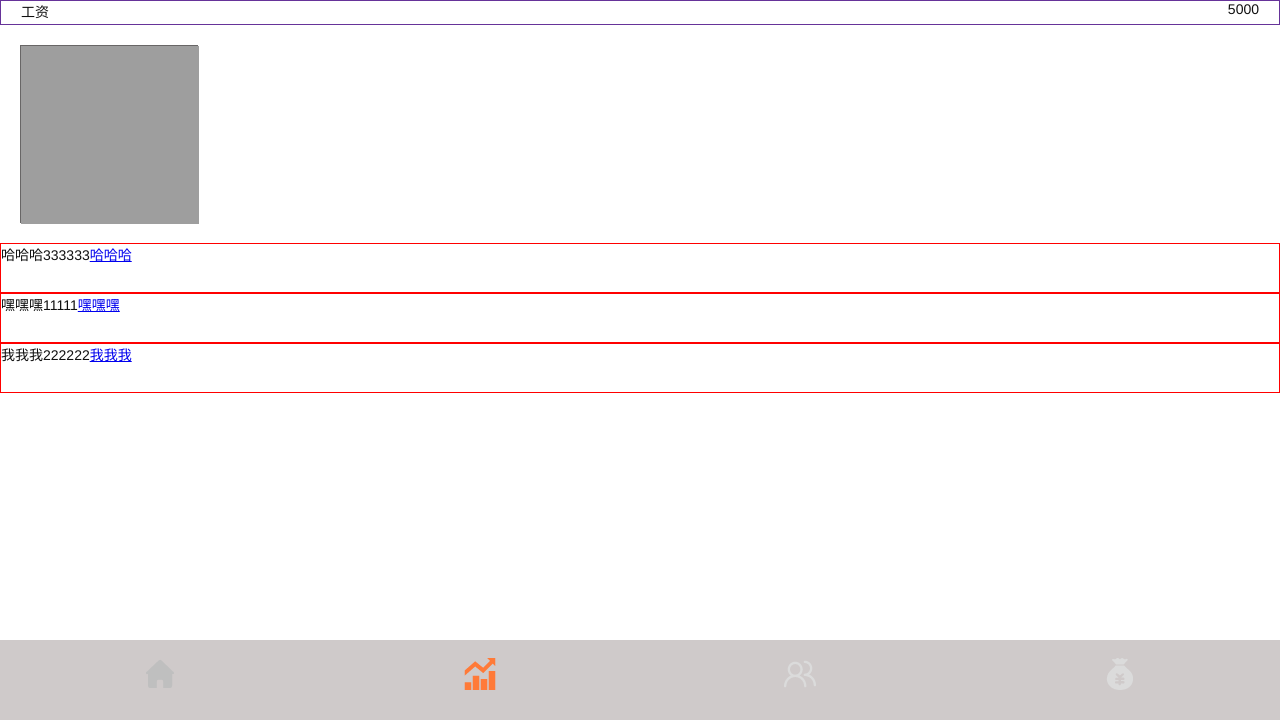
Repository: panlin520-team/lnmj-staffH5
Page: /#/salary
These files come from the project's save history. The page is drawn as it stood at one moment and after the next save; the edit follows.
The browser window is 1280 px wide. The pictures show the whole page.
Pictures or frames that could not be fetched are drawn as grey boxes. The project was rebuilt for these pictures with package versions that can differ from the ones it lists, and the page was loaded fresh each time. Also part of the build but not shown: src/views/Lojin.vue.

Above is the page before, as saved 2020-04-09 16:22:00.

After the next save:
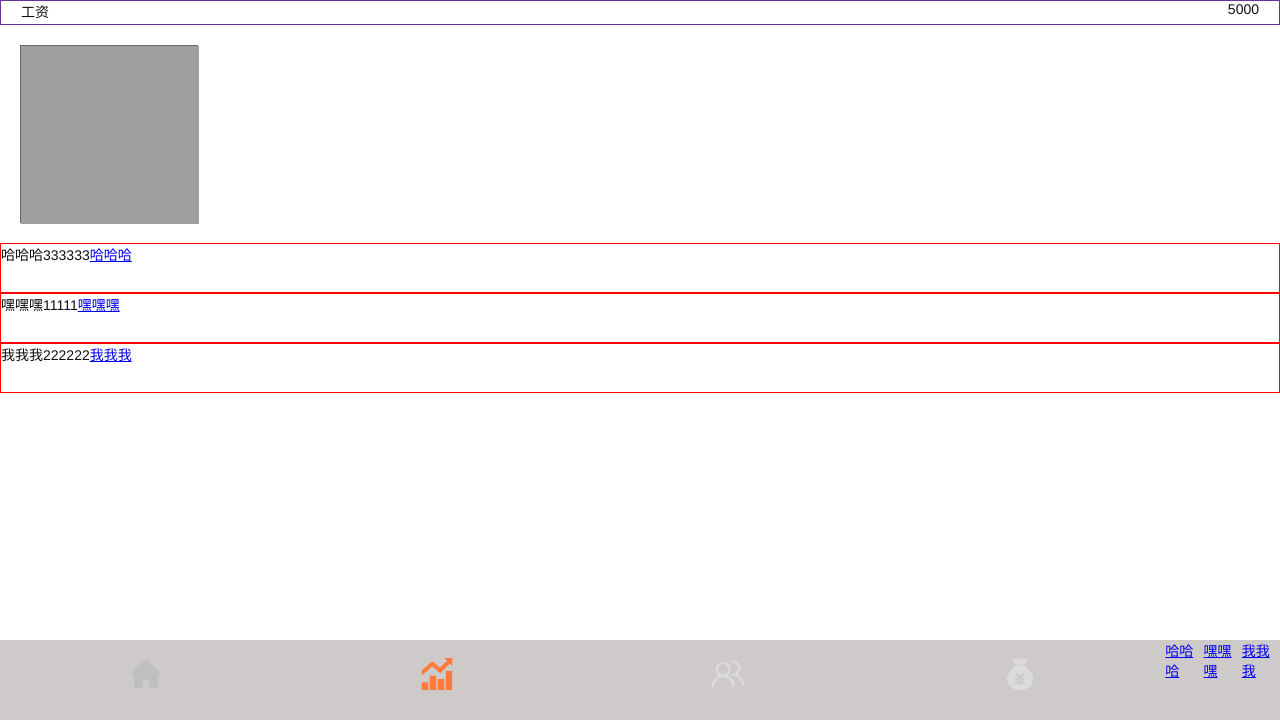
Saved 18 s later.
--- a/src/components/Btnnavigation.vue
+++ b/src/components/Btnnavigation.vue
@@ -38,11 +38,24 @@ export default {
   components: {},
   data() {
     return {
-      operate: [
-        { id: 1, name: "系统1", path: "/homepage" },
-        { id: 2, name: "系统2", path: "/Performance" },
-        { id: 3, name: "系统3", path: "/crew" },
-        { id: 4, name: "系统4", path: "/salary" }
+      dataondter: [
+        {
+          name: "哈哈哈",
+          number: "333333",
+          path:'/homepage'
+        },
+        {
+          name: "嘿嘿嘿",
+          number: "11111",
+          path:'/Performance'
+
+        },
+        {
+          name: "我我我",
+          number: "222222",
+          path:'/crew'
+
+        }
       ]
     };
   },
